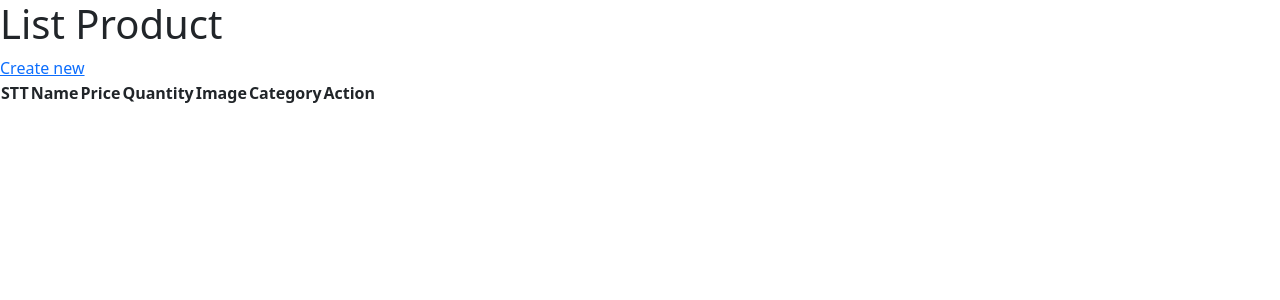
Repository: hongquan16101995/servlet-jw0124
Page: http://localhost/demo/products
An editor plug-in stored every save of this project. The page is shown before and after the next save, followed by the edit.
The browser window is 1280 px wide. The pictures show the whole page.
The page is served by Tomcat 9. Other server files are loaded and not shown.

Above is the page before, as saved 2024-05-14 12:02:23.

### demo/src/main/webapp/product/list.jsp
<%@ page language="java" contentType="text/html; charset=ISO-8859-1"
    pageEncoding="ISO-8859-1"%>
<%@ taglib prefix = "c" uri = "http://java.sun.com/jsp/jstl/core" %>
<!DOCTYPE html>
<html>
<head>
<meta charset="ISO-8859-1">
<title>Insert title here</title>
<link href="https://cdn.jsdelivr.net/npm/bootstrap@5.0.2/dist/css/bootstrap.min.css" rel="stylesheet" integrity="sha384-EVSTQN3/azprG1Anm3QDgpJLIm9Nao0Yz1ztcQTwFspd3yD65VohhpuuCOmLASjC" crossorigin="anonymous">
<script src="https://cdn.jsdelivr.net/npm/bootstrap@5.0.2/dist/js/bootstrap.bundle.min.js" integrity="sha384-MrcW6ZMFYlzcLA8Nl+NtUVF0sA7MsXsP1UyJoMp4YLEuNSfAP+JcXn/tWtIaxVXM" crossorigin="anonymous"></script>
<style type="text/css">
	img {
		width: 150px;
		height: 150px;
	}
</style>
</head>
<body>
<h1>List Product</h1>
<a href="/demo/products?action=createGet">Create new</a>
<table>
	<tr>
		<th>STT</th>
		<th>Name</th>
		<th>Price</th>
		<th>Quantity</th>
		<th>Image</th>
		<th>Category</th>
		<th colspan="2">Action</th>
	</tr>
	<c:forEach items="${products}" var="p" varStatus="ps">
	<tr>
		<td>${ps.count }</td>
		<td>${p.name }</td>
		<td>${p.price }</td>
		<td>${p.quantity }</td>
		<td><img src="${p.image }"/></td>
		<td><a href="/demo/products?action=findByCategory&cId=${p.category.id }">${p.category.name }</a></td>
		<td><a href="/demo/products?action=updateGet&id=${p.id }"><button>Edit</button></a></td>
		<td><a href="/demo/products?action=deleteProduct&id=${p.id }"><button>Delete</button></a></td>
	</tr>
	</c:forEach>
</table>
</body>
</html>

### demo/src/main/java/controller/ProductServlet.java
package controller;

import java.io.IOException;
import java.util.List;

import javax.servlet.ServletException;
import javax.servlet.annotation.WebServlet;
import javax.servlet.http.HttpServlet;
import javax.servlet.http.HttpServletRequest;
import javax.servlet.http.HttpServletResponse;

import model.Category;
import model.Product;
import service.CategoryService;
import service.ProductService;

/**
 * Servlet implementation class ProductServlet
 */
@WebServlet("/products")
public class ProductServlet extends HttpServlet {
	private static final long serialVersionUID = 1L;
	private ProductService productService = new ProductService();
	private CategoryService categoryService = CategoryService.getInstance();

	/**
	 * @see HttpServlet#doGet(HttpServletRequest request, HttpServletResponse response)
	 */
	protected void doGet(HttpServletRequest request, HttpServletResponse response) throws ServletException, IOException {
		// TODO Auto-generated method stub
		String action = request.getParameter("action");
		if (action == null) {
			action = "";
		}
		switch(action) {
			case "createGet":
				createGet(request, response);
				break;
			case "updateGet":
				updateGet(request, response);
				break;
			case "deleteProduct":
				deleteProduct(request, response);
				break;
			case "findByCategory":
				findByCategory(request, response);
				break;
			default:
				displayAllProduct(request, response);
				break;
		}
	}

	/**
	 * @see HttpServlet#doPost(HttpServletRequest request, HttpServletResponse response)
	 */
	protected void doPost(HttpServletRequest request, HttpServletResponse response) throws ServletException, IOException {
		// TODO Auto-generated method stub
		String action = request.getParameter("action");
		if (action == null) {
			action = "";
		}
		switch(action) {
			case "createPost":
				createPost(request, response);
				break;
			case "updatePost":
				updatePost(request, response);
				break;
		}
	}

	private void displayAllProduct(HttpServletRequest request, HttpServletResponse response) throws ServletException, IOException {
		List<Product> products = productService.getProducts();
		request.setAttribute("products", products);
		request.getRequestDispatcher("product/list.jsp").forward(request, response);
	}

	private void findByCategory(HttpServletRequest request, HttpServletResponse response) throws ServletException, IOException {
		int categoryId = Integer.parseInt(request.getParameter("cId"));
		List<Product> products = productService.findByCateogory(categoryId);
		request.setAttribute("products", products);
		request.getRequestDispatcher("product/list.jsp").forward(request, response);
	}

	private void createGet(HttpServletRequest request, HttpServletResponse response) throws ServletException, IOException {
		Product product = new Product();
		List<Category> categories = categoryService.getCategories();
		request.setAttribute("product", product);
		request.setAttribute("categories", categories);
		request.getRequestDispatcher("product/create.jsp").forward(request, response);
	}

	private void createPost(HttpServletRequest request, HttpServletResponse response) throws ServletException, IOException {
		int id = Integer.parseInt(request.getParameter("id"));
		String name = request.getParameter("name");
		double price = Double.parseDouble(request.getParameter("price"));
		int quantity = Integer.parseInt(request.getParameter("quantity"));
		String image = request.getParameter("image");
		int categoryId = Integer.parseInt(request.getParameter("cId"));
		Category category = categoryService.getById(categoryId);
		productService.createProduct(new Product(id, name, price, quantity, image, category));
		response.sendRedirect("/demo/products");
	}

	private void updateGet(HttpServletRequest request, HttpServletResponse response) throws ServletException, IOException {
		int id = Integer.parseInt(request.getParameter("id"));
		Product product = productService.getById(id);
		List<Category> categories = categoryService.getCategories();
		request.setAttribute("product", product);
		request.setAttribute("categories", categories);
		request.getRequestDispatcher("product/update.jsp").forward(request, response);
	}

	private void updatePost(HttpServletRequest request, HttpServletResponse response) throws ServletException, IOException {
		int id = Integer.parseInt(request.getParameter("id"));
		String name = request.getParameter("name");
		double price = Double.parseDouble(request.getParameter("price"));
		int quantity = Integer.parseInt(request.getParameter("quantity"));
		String image = request.getParameter("image");
		int categoryId = Integer.parseInt(request.getParameter("cId"));
		Category category = categoryService.getById(categoryId);
		productService.updateProduct(id, new Product(id, name, price, quantity, image, category));
		response.sendRedirect("/demo/products");
	}

	private void deleteProduct(HttpServletRequest request, HttpServletResponse response) throws ServletException, IOException {
		int id = Integer.parseInt(request.getParameter("id"));
		productService.deleteProduct(id);
		response.sendRedirect("/demo/products");
	}

}

After the next save:
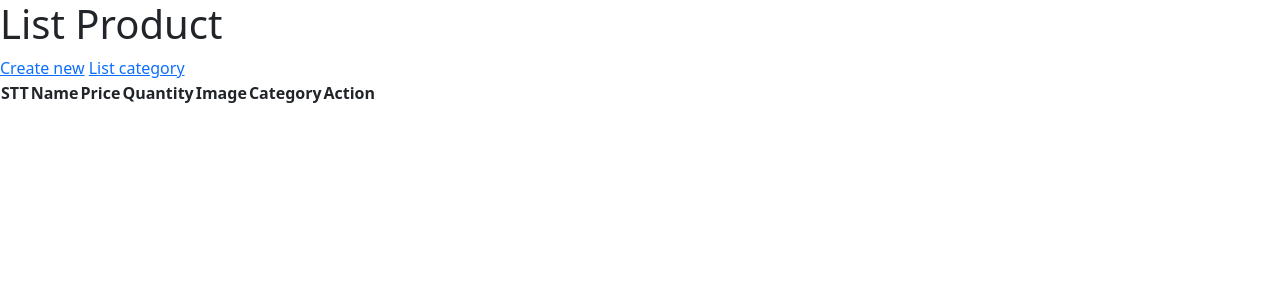
Saved 27 s later.
--- a/demo/src/main/webapp/product/list.jsp
+++ b/demo/src/main/webapp/product/list.jsp
@@ -18,6 +18,7 @@
 <body>
 <h1>List Product</h1>
 <a href="/demo/products?action=createGet">Create new</a>
+<a href="/demo/categories">List category</a>
 <table>
 	<tr>
 		<th>STT</th>
